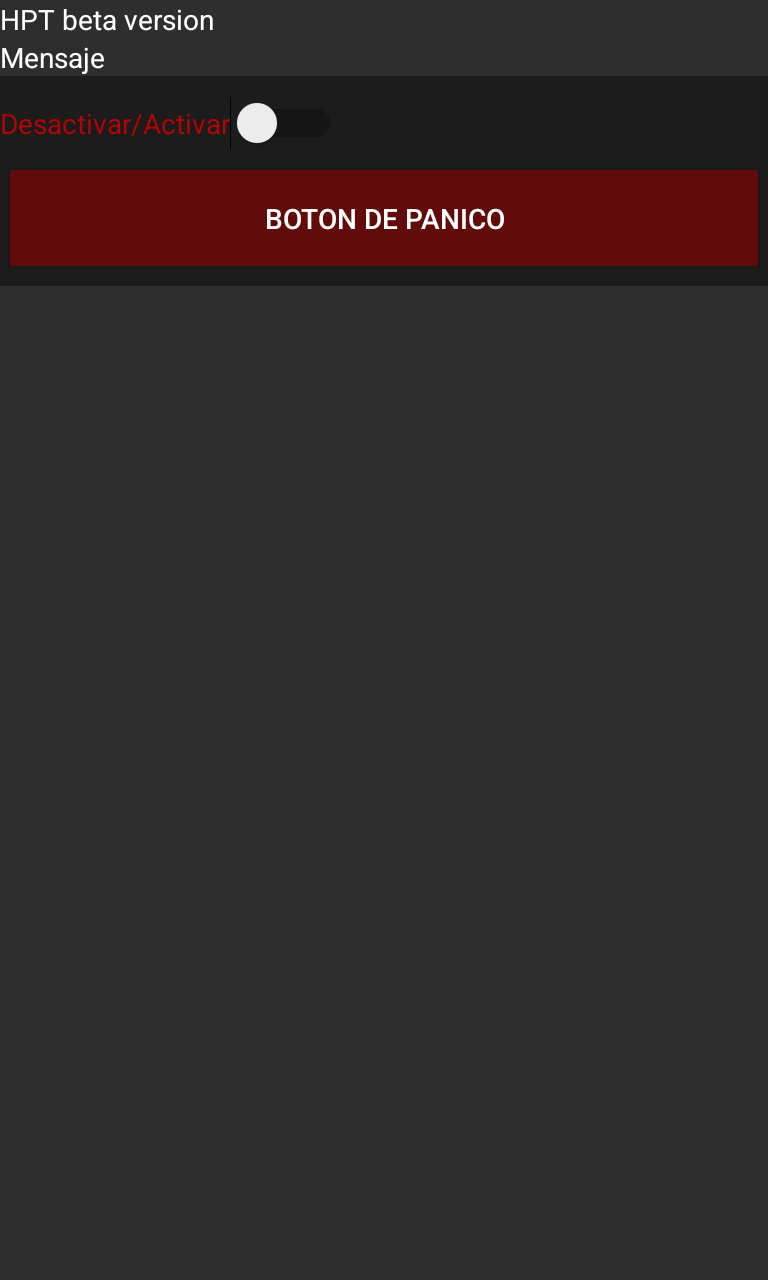
Repository: aludena18/android_apps
Layout: HunterPersonalTrack/res/layout/activity_main.xml
These files come from the project's save history. The layout is drawn as it stood at one moment and after the next save; the edit follows.
It is drawn on a 768 x 1280 px phone screen (xhdpi) without system bars, with theme AppTheme; the app's code is not run.

Above is the layout before, as saved 2015-10-16 19:52:05.

After the next save:
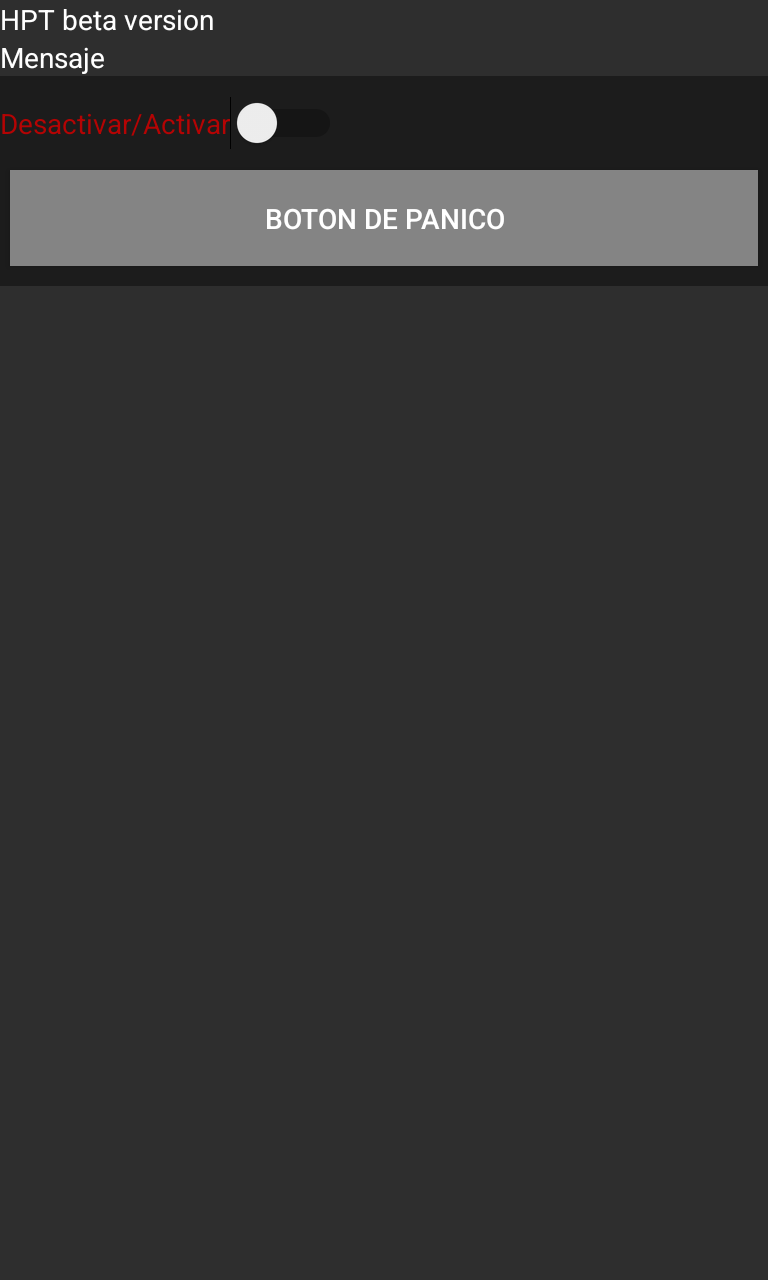
Saved 76 s later.
--- a/HunterPersonalTrack/res/layout/activity_main.xml
+++ b/HunterPersonalTrack/res/layout/activity_main.xml
@@ -41,7 +41,7 @@
         	android:layout_marginLeft="5dp"
         	android:layout_marginRight="5dp"
         	android:layout_marginBottom="10dp"
-        	android:background="#610B0B"
+        	android:background="#848484"
         	android:textColor="#FFFFFF"
         	android:text="@string/etqBtnPanico"/>
 
